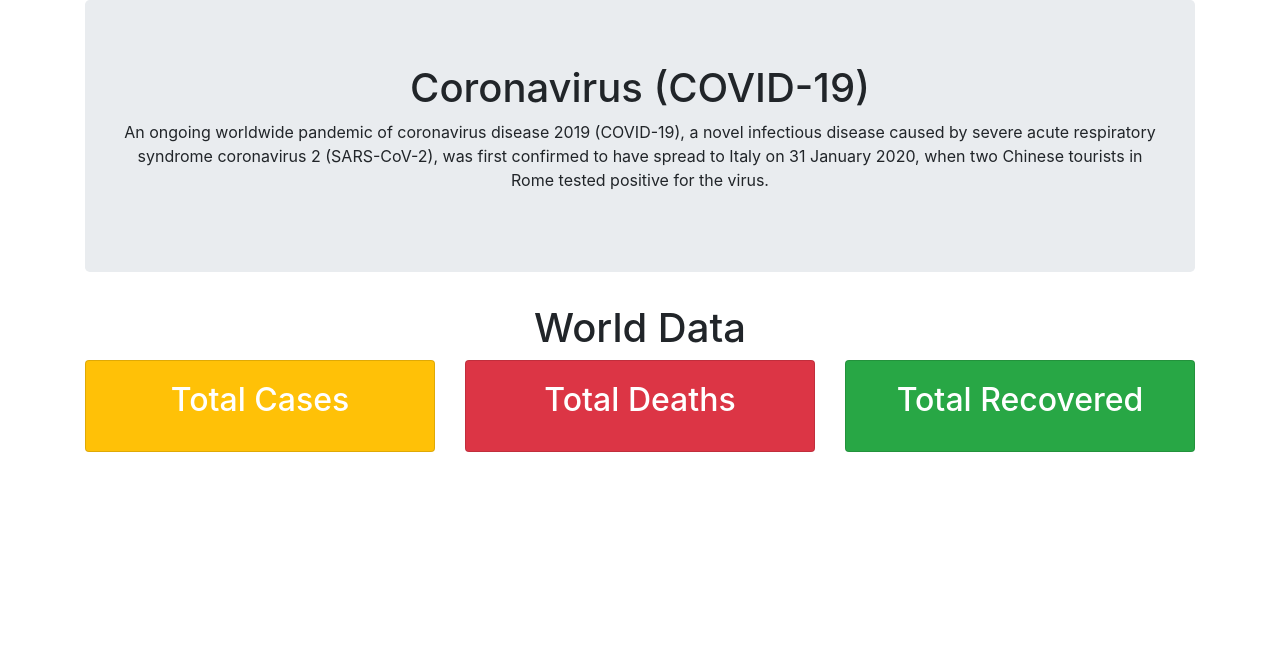
Repository: ahmadsaadkhan/react-covid-app
Page: /
The author's editor kept a copy of each file at every save. The page is drawn from the files as they stood at one save, then again after the next save.
The browser window is 1280 px wide. The pictures show the whole page.
The page's requests for data from a server got no answer. The project was rebuilt for these pictures with package versions that can differ from the ones it lists, and the page was loaded fresh each time. No one was signed in, and anything a server would have sent is missing.

Above is the page before, as saved 2021-04-19 15:58:28.

### public/index.html
<!DOCTYPE html>
<html lang="en">

<head>
    <meta charset="utf-8" />
    <link rel="icon" href="%PUBLIC_URL%/favicon.ico" />
    <meta name="viewport" content="width=device-width, initial-scale=1" />
    <meta name="theme-color" content="#000000" />
    <meta name="description" content="Web site created using create-react-app" />
    <link rel="apple-touch-icon" href="%PUBLIC_URL%/logo192.png" />
    <!--
      manifest.json provides metadata used when your web app is installed on a
      user's mobile device or desktop. See https://developers.google.com/web/fundamentals/web-app-manifest/
    -->
    <link rel="manifest" href="%PUBLIC_URL%/manifest.json" />
    <link rel="stylesheet" href="https://cdn.jsdelivr.net/npm/bootstrap@4.6.0/dist/css/bootstrap.min.css" integrity="sha384-B0vP5xmATw1+K9KRQjQERJvTumQW0nPEzvF6L/Z6nronJ3oUOFUFpCjEUQouq2+l" crossorigin="anonymous" />
    <!--
      Notice the use of %PUBLIC_URL% in the tags above.
      It will be replaced with the URL of the `public` folder during the build.
      Only files inside the `public` folder can be referenced from the HTML.

      Unlike "/favicon.ico" or "favicon.ico", "%PUBLIC_URL%/favicon.ico" will
      work correctly both with client-side routing and a non-root public URL.
      Learn how to configure a non-root public URL by running `npm run build`.
    -->
    <title>React App</title>
</head>

<body>
    <noscript>You need to enable JavaScript to run this app.</noscript>
    <div id="root"></div>
    <!--
      This HTML file is a template.
      If you open it directly in the browser, you will see an empty page.

      You can add webfonts, meta tags, or analytics to this file.
      The build step will place the bundled scripts into the <body> tag.

      To begin the development, run `npm start` or `yarn start`.
      To create a production bundle, use `npm run build` or `yarn build`.
    -->
</body>

</html>

### src/App.js
import './App.css';
import { useState } from 'react';
import { useEffect } from 'react';

function App() {

  const [Covid_Data, setCovid_Data] = useState(null);

  const getData = () => {
    fetch("https://vaccovid-coronavirus-vaccine-and-treatment-tracker.p.rapidapi.com/api/npm-covid-data/world", {
      "method": "GET",
      "headers": {
        "x-rapidapi-key": "3d33dc1e13mshc5f97558480723fp15e23bjsnc1db1b7183da",
        "x-rapidapi-host": "vaccovid-coronavirus-vaccine-and-treatment-tracker.p.rapidapi.com"
      }
    })
      .then(response => {
        return response.json();
      })
      .then(data => {
        console.log(data);
        setCovid_Data(data);
      })
      .catch(err => {
        console.error(err);
      });


  }

  useEffect(() => {
    getData()
  }, [])

  return (
    <div className="App">
      <div className="container">

        <div className="jumbotron text-center">
          <h1>Coronavirus (COVID-19)</h1>
          <p>An ongoing worldwide pandemic of coronavirus disease 2019 (COVID-19), a novel infectious disease caused by severe acute respiratory syndrome coronavirus 2 (SARS-CoV-2), was first confirmed to have spread to Italy on 31 January 2020, when two Chinese tourists in Rome tested positive for the virus.</p>
        </div>
          <h1>World Data</h1>
        <div className="row">
          <div className="col-md-4">
            <div className="card text-white bg-warning mb-3">
              <div className="card-body">
                <h2 className="card-title"> Total Cases</h2>
                <p className="card-text h3">{Covid_Data && Covid_Data[0].TotalCases}</p>
              </div>
            </div>
          </div>
          <div className="col-md-4">
            <div className="card text-white bg-danger mb-3">
              <div className="card-body">
                <h2 className="card-title"> Total Deaths</h2>
                <p className="card-text h3">{Covid_Data && Covid_Data[0].TotalDeaths}</p>
              </div>
            </div>
          </div>
          <div className="col-md-4">
            <div className="card text-white bg-success mb-3">
              <div className="card-body">
                <h2 className="card-title"> Total Recovered</h2>
                <p className="card-text h3">{Covid_Data && Covid_Data[0].TotalRecovered}</p>
              </div>
            </div>
          </div>
        </div>

      </div>
    </div>
  );
}

export default App;

Loaded but not shown: src/index.js (common file); src/index.css (common file); src/App.css (common file)

After the next save:
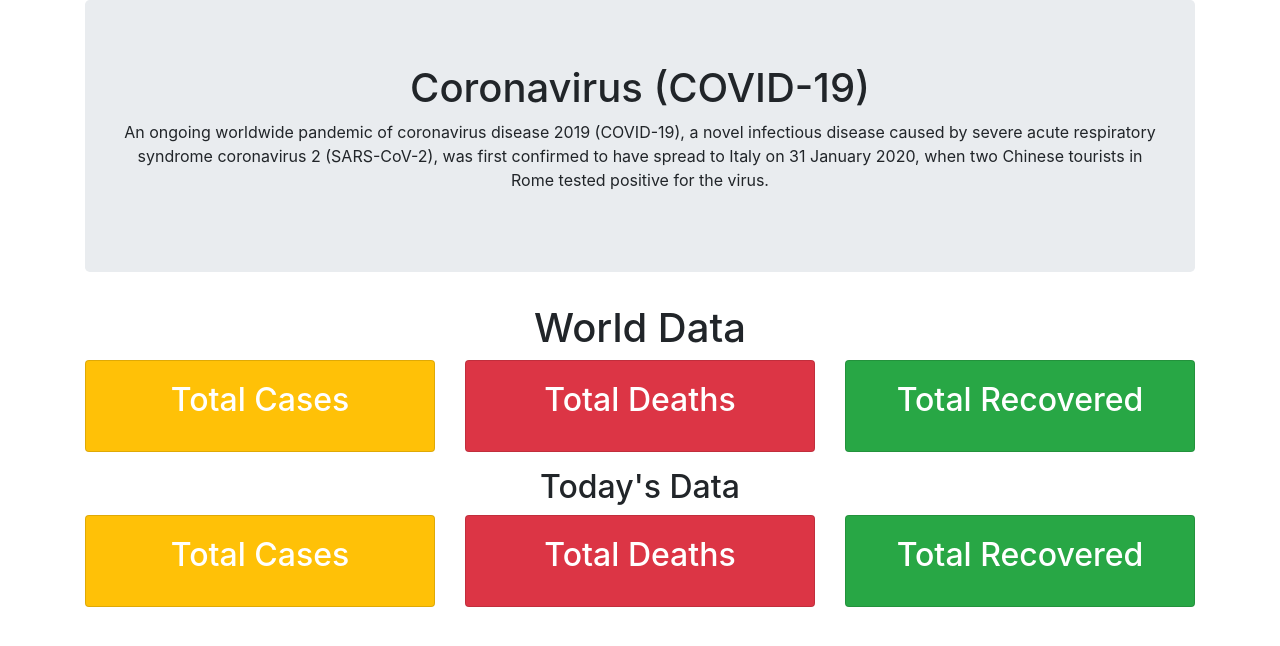
Saved 2 min 2 s later.
--- a/src/App.js
+++ b/src/App.js
@@ -35,12 +35,39 @@ function App() {
   return (
     <div className="App">
       <div className="container">
-
         <div className="jumbotron text-center">
           <h1>Coronavirus (COVID-19)</h1>
           <p>An ongoing worldwide pandemic of coronavirus disease 2019 (COVID-19), a novel infectious disease caused by severe acute respiratory syndrome coronavirus 2 (SARS-CoV-2), was first confirmed to have spread to Italy on 31 January 2020, when two Chinese tourists in Rome tested positive for the virus.</p>
         </div>
-          <h1>World Data</h1>
+        <h1>World Data</h1>
+        <div className="row">
+          <div className="col-md-4">
+            <div className="card text-white bg-warning mb-3">
+              <div className="card-body">
+                <h2 className="card-title"> Total Cases</h2>
+                <p className="card-text h3">{Covid_Data && Covid_Data[0].TotalCases}</p>
+              </div>
+            </div>
+          </div>
+          <div className="col-md-4">
+            <div className="card text-white bg-danger mb-3">
+              <div className="card-body">
+                <h2 className="card-title"> Total Deaths</h2>
+                <p className="card-text h3">{Covid_Data && Covid_Data[0].TotalDeaths}</p>
+              </div>
+            </div>
+          </div>
+          <div className="col-md-4">
+            <div className="card text-white bg-success mb-3">
+              <div className="card-body">
+                <h2 className="card-title"> Total Recovered</h2>
+                <p className="card-text h3">{Covid_Data && Covid_Data[0].TotalRecovered}</p>
+              </div>
+            </div>
+          </div>
+        </div>
+
+        <h2>Today's Data</h2>
         <div className="row">
           <div className="col-md-4">
             <div className="card text-white bg-warning mb-3">
